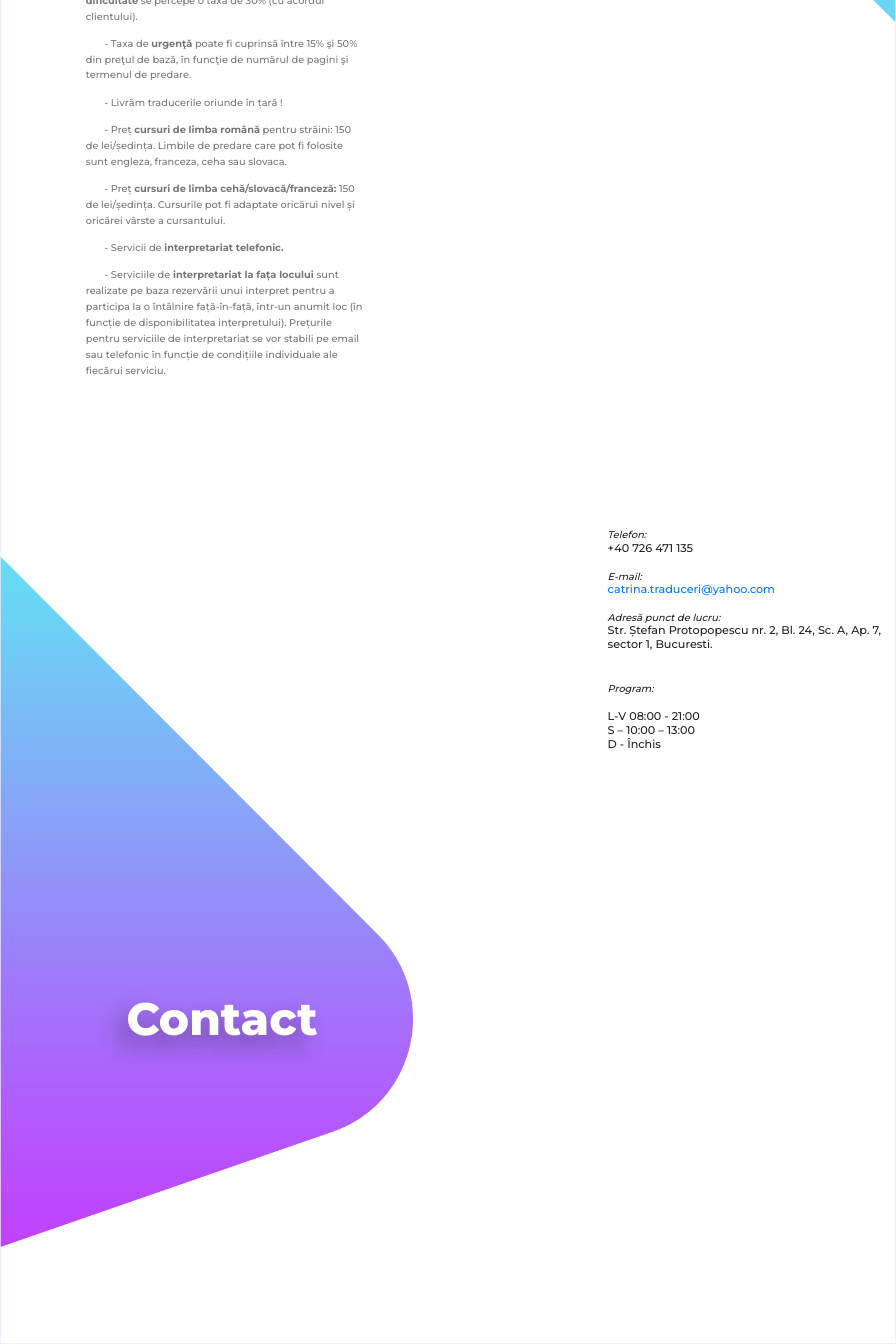
Repository: roscaImarius/site_traduceri
Page: index.html
An editor plug-in stored every save of this project. The page is shown before and after the next save, followed by the edit.
The browser window is 1280 px wide. The pictures show the part of the page from y = 4490 to 6410 px (the page is 6410 px tall), at 70% of full size.

Above is the page before, as saved 2022-03-22 03:43:39.

### index.html
<!DOCTYPE html>
<html lang="en" class="no-js">
  <head>
    <meta
      name="viewport"
      content="width=device-width, initial-scale=1, shrink-to-fit=no"
    />
    <meta name="author" content="CodePixar" />
    <meta name="description" content="" />
    <meta name="keywords" content="" />
    <meta charset="UTF-8" />

    <title>Traduceri</title>
     <link rel="shortcut icon" href="img/favicon.png">
    <link
      href="https://fonts.googleapis.com/css?family=Montserrat:500,600,700,800,900"
      rel="stylesheet"
    />
    <link
      href="https://fonts.googleapis.com/css?family=Open+Sans:400,600"
      rel="stylesheet"
    />
    <!-- ===========================================
		CSS Files
    ============================================= -->
    <link rel="stylesheet" href="css/font-awesome.min.css" />
    <link rel="stylesheet" href="css/bootstrap.css" />
    <link rel="stylesheet" href="css/main.css" />
  </head>

  <body class="version5" id="top">
    <div class="se-pre-con"></div>

    <!--================ Start Banner Area =================-->
    <section class="home-area" id="home">
      <div class="banner-area relative">
        <div class="container-fluid">
          <div class="row justify-content-center height align-items-center">
            <div class="col-lg-5 col-md-6 col-sm-12">
              <div class="banner-img">
                <img class="img-fluid" src="img/logo.svg" alt="" />
              </div>
            </div>
            <div class="col-lg-5 col-md-6 col-sm-12">
              <div class="banner-content text-right">
                <!-- <h4 class="mb-30 hello text-uppercase text-white">
                  Salut, noi suntem
                </h4> -->
                <h1 class="name">Catrina Traduceri</h1>
                <p class="mt-5 h6 pHome dark">
                  Ne numărăm printre foarte puținii traducători autorizați de
                  Ministerul Justiției din România pentru traduceri din limbile
                  slave, de nisă: cehă, slovacă și ucraineană.
                </p>
              </div>
            </div>
          </div>
        </div>
      </div>
    </section>
    <!--================Header Menu Area =================-->
    <header class="header_area" id="header5">
      <div class="main_menu">
        <nav class="navbar navbar-expand-lg">
          <div class="container-fluid">
            <!-- Brand and toggle get grouped for better mobile display -->
            <a class="navbar-brand logo_h" href="index.html"
              ><img class="logoo" src="img/logo.png" alt=""
            /></a>
            <button
              class="navbar-toggler"
              type="button"
              data-toggle="collapse"
              data-target="#navbarSupportedContent"
              aria-controls="navbarSupportedContent"
              aria-expanded="false"
              aria-label="Toggle navigation"
            >
              <i class="fas fa-bars"></i>
            </button>
            <!-- Collect the nav links, forms, and other content for toggling -->
            <div
              class="collapse navbar-collapse offset"
              id="navbarSupportedContent"
            >
              <ul class="nav navbar-nav menu_nav ml-auto nav5">
                <li class="nav-item active5">
                  <a class="nav-link" href="#home" >Acasă</a>
                </li>
                <li class="nav-item">
                  <a class="nav-link" href="#about" >Despre</a>
                </li>
                <li class="nav-item">
                  <a class="nav-link" href="#educatie"  >Referințe</a>
                </li>
                <li class="nav-item">
                  <a class="nav-link" href="#portfolio" >Prețuri</a>
                </li>
                <li class="nav-item" >
                  <a class="nav-link" href="#contact" >Contact</a>
                </li>
              </ul>

              <!-- SOCIAL MEDIA -->
              <ul class="nav navbar-nav social-icons">
                <li class="nav-item">
                  <a href="https://www.facebook.com/catrina.traduceri">
                    <i class="fab fa-facebook-f"></i>
                  </a>
                </li>
                <li class="nav-item">
                  <a
                    href="https://www.linkedin.com/in/ionut-catrina-405244178/"
                  >
                    <i class="fab fa-linkedin"></i>
                  </a>
                </li>

              </ul>
            </div>
          </div>
        </nav>
      </div>
    </header>

    <!--================ Start About Area =================-->
    <section class="about-area section-gap-top-5 relative" id="about">
      <div class="container-fluid">
        <div class="row row-reverse">
             <div class="megafon"></div>
          <div class="offset-lg-2 col-lg-4 col-md-12">
            <h2 class="heading mb-40">Lucrați cu profesioniști!</h2>
            <p>
              Întreprindere de familie cu capital 100% românesc si cu o
              experiență de peste
              <span style="font-weight: bold">13 ani</span> în domeniul
              traducerilor, activăm cu pasiune, profesionalism și
              responsabilitate și vă oferim traduceri
              <span style="font-weight: bold"> autorizate și legalizate</span>
              în principal din limbi
              <span style="font-weight: bold">slave</span>: cehă, slovacă și
              ucraineană, dar și din cele mai importante limbi de circulație
              internațională: engleza și franceza. <br />
            </p>
            <p>
              Suntem absolvenți ai uneia dintre cele mai bune facultăți a
              Universității din București,<span style="font-weight: bold">
                Facultatea de Limbi și Literaturi străine</span
              >, filologi specializați în domeniul traducerilor ca urmare a
              absolvirii Masteratului de Studii Culturale Slave și Traductologie
              și a numeroase burse de specializare în țările din a căror limbă
              traducem. <br/>
            </p>
              <p>
               Avem o colaborare de lungă durată, bazată pe
               <span style="font-weight: bold">
                profesionalism și seriozitate</span>, cu Birouri Notariale, Instanțe judecătorești, organe de
              urmărire penală, avocați.
              </p>
              <p>

                   Nu ezitați să ne contactați pentru o
                 cotație de preț pentru traduceri autorizate și legalizate din
                 aceste limbi. Lucrând în familie și între prieteni, vă putem
                 garanta prețuri corecte, care ajung într-o proporție echitabilă la
                 traducătorul care le realizează și care are cea mai importantă
                 contribuție la documentul final.
              </p>

            <p>
              Oferim și: <br />
              <span style="font-weight: bold">-cursuri de limbă română</span>
              pentru străini, <br />
              <span style="font-weight: bold"
                >-cursuri de limbă cehă sau limba slovacă</span
              >
              pentru orice nivel de limbă. <br />
            </p>
            <p>
              Ne putem adapta nevoilor Dvs. și vă putem ajuta cu
              <span style="font-weight: bold">training-uri</span> de limbă cehă
              sau slovacă pentru anumite domenii sau specializări.
            </p>
          </div>

          <div class="col-lg-6 p-0 col-md-12">
            <div class="right-side">
              <h2 class="text-white right-heading">Despre</h2>
            </div>
          </div>
        </div>
      </div>
    </section>

    <!--================ Start Experience Area =================-->
    <section class="experience-area relative" id="educatie">
      <div class="container-fluid">
        <div class="row">
          <div class="col-lg-6 p-0 col-md-12">
            <div class="left-side">
              <h2 class="text-white indented cv left-heading">Referințe</h2>
            </div>
          </div>

          <div class="xpDiv col-lg-4 md-mr col-md-12">
            <h2 class="heading mb-80">Clienții noștri</h2>
            <div class="resume-content">
                 <div class="referinteDrawing"></div>
              <div class="work-exp mb-50">
                  <p>Avem o colaborare de lungă durată, bazată pe
                     profesionalism cu:
                  </p>
                  <p> - Birouri Notariale     </p>
                  <p>- Tribunale</p>
                  <p> - Poliția Română</p>
                  <p>- Numeroase birouri de traduceri și firme din toată țara.</p>

                  <!-- În urma absolvirii unui curs specializat, am obținut
                  calificarea de trainer de limba română pentru străini.
                  Experiență în domeniul Proiectelor finanțate din fonduri
                  europene (POSDRU). In perioada 1.7.2010 - 1.11.2013 am ocupat
                  pozitia de Responsabil vizite de studiu – schimb de experiență
                  în cadrul unor proiecte transnaționale (între România și
                  Republica Cehă). -->

              </div>
            </div>
          </div>
        </div>
      </div>
    </section>

    <!--================ Start PRICE Area =================-->
    <section class="price-area section-gap-top-5 relative" id="portfolio">
      <div class="container-fluid">
        <div class="row row-reverse">
          <div class="divFaraPret offset-lg-2 col-lg-4 col-md-12">
               <div class="pretDrawing"></div>
            <h2 class="heading mb-40">Servicii și prețuri</h2>
            <h6 class="mb-4">
              La noi totul este  <span style="font-weight: bold">transparent, clar</span> și pe înțelesul oamenilor! Nu
              doar traducerile și cursurile ci și prețurile!
            </h6>
            <div class="boxPreturi">
              <p>
                Traducere tipizate
                <span style="font-weight: bold">CZ/SK-RO - 45 de lei/pag.</span>
              </p>
              <p>
                Traducere documente obișnuite
                <span style="font-weight: bold">CZ/SK-RO - 50 de lei/pag.</span>
              </p>
              <p>
                Traducere documente juridice/medicale/financiare
                <span style="font-weight: bold">CZ/SK-RO - minim 60 de lei/pag.</span>
              </p>
              <p>
                Retroversiune <span style="font-weight: bold"
                  >RO-CZ/SK - de la 65 de lei.</span
                >
              </p>
              <p><span style="font-weight: bold"
                  >EN/FR - CZ/SK – de la 65 de lei.</span</p>
            </div>
            <div class="preturiInfo">
                 <div class="borderPret">

                      <i><h4 class="mt-5"><b>!!</b></h4></i>
                      <ul style='text-indent: 20pt'>
                         <li>-   Prețurile sunt finale pentru 2000 caractere inclusiv spații/pagină.</li>
                         <li>-  <span> Reducerile</span> sunt negociabile, în funcţie de numărul de pagini şi de data limită, dar nu sunt mai mari de 10% pentru 50 de pagini, 5% pentru 25 de pagini.</li>
                         <li>-Fiecare comandă primeşte cotaţii individuale, în funcţie de solicitările clientului.</li>
                         <li>-  Valoarea minimă a comenzii: 1 pagină.</li>
                      <ul/><br>
                 </div>

                 <div class="servicii">
                         <br/>
                         <div class="serviciih5">

                              <h5 >Servicii</h5>
                         </div>
                         <br>
                         <p>- <span style="font-weight: bold">Corectura:</span>  50% din preturile de mai sus.</p>
                         <p class="">- Oferim <span style="font-weight: bold">servicii de legalizare</span>  la notar public pentru clienţii
                              care doresc traduceri legalizate, taxa percepută pentru acest serviciu fiind de 60 de
                              lei/document (include onorariul notarului).
                         </p>
                         <p>- Pentru traduceri care prezintă un grad ridicat de  <span style="font-weight: bold">dificultate</span>  se percepe
                              o taxă de 30% (cu acordul clientului). </p>
                              <p>- Taxa de <span style="font-weight: bold">urgenţă</span> poate fi cuprinsă între 15% şi 50% din preţul
                              de bază, în funcţie de numărul de pagini şi termenul de predare.
                              </p>
                      <p>

                         - Livrăm traducerile oriunde în țară !
                        </p>
                       <p>- Preț <span style="font-weight: bold">cursuri de limba română</span>  pentru străini: 150 de lei/ședința.
                         Limbile de predare care pot fi folosite sunt engleza, franceza, ceha sau slovaca.
                      </p>
                      <p>- Preț <span style="font-weight: bold">cursuri de limba cehă/slovacă/franceză:</span> 150 de lei/ședința.
                              Cursurile pot fi adaptate oricărui nivel și oricărei vârste a cursantului.
                      </p>
                              <p> - Servicii de <span style="font-weight: bold">interpretariat telefonic.</span>
                              </p>
                         <p> - Serviciile de <span style="font-weight: bold">interpretariat la fața locului </span> sunt realizate pe baza
                                   rezervării unui interpret pentru a participa la o întâlnire față-în-față,
                                   într-un anumit loc (în funcție de disponibilitatea interpretului).
                              Prețurile pentru serviciile de interpretariat se vor stabili pe email sau telefonic
                                   în funcție de condițiile individuale ale fiecărui serviciu.
                         </p>
                         </p>
                 </div>

            </div>
          </div>

          <div class="divPreturi col-lg-6 p-0 col-md-12">
            <div class="right-side">
              <h2 class="text-white right-heading">Prețuri</h2>
            </div>
          </div>
        </div>
      </div>
    </section>

    <!--================ Start CONTACT Area =================-->
    <section class="client-area relative" id="contact">
      <div class="container-fluid">
        <div class="row">
          <div class="col-lg-6 p-0 col-md-12">
            <div class="left-side">
              <h2 class="text-white left-heading">Contact</h2>
            </div>
          </div>

          <div class="contactDiv offset-lg-2 col-lg-4 col-md-12">





                         <div class="form-area text-left">
              <h6><i>Telefon:</i></h6>
              <h5>+40 726 471 135 <br /></h5>
              <br>
            </div>

            <div class="form-area text-left">
              <h6><i>E-mail:</i></h6>
              <h5>

                   <a href="mailto:catrina.traduceri@yahoo.com">catrina.traduceri@yahoo.com</a>
              </h5>
              <br>
            </div>

            <div class="form-area adresa text-left">
              <h6><i>Adresă punct de lucru:</i></h6>
              <h5>
              Str. Ștefan Protopopescu nr. 2, Bl. 24, Sc. A, Ap. 7, sector 1, Bucuresti.
              </h5>

              <br>
              <br>

              <h6><i>Program:</i></h6><br>
              <h5>L-V 08:00 - 21:00 </h5>
              <h5>S – 10:00 – 13:00</h5>
              <h5>D - Închis</h5>
            </div>





          </div>






        </div>
      </div>
    </section>

    <!--= Start Scroll to Top Area ########## -->
    <div id="back-top">
      <a title="Go to Top" href="#">
        <i class="fas fa-angle-up"></i>
      </a>
    </div>

    <script src="js/vendor/jquery-2.2.4.min.js"></script>
    <script src="js/popper.min.js"></script>
    <script src="js/vendor/bootstrap.min.js"></script>
    <!-- <script src="js/vendor/mail-script.js"></script> -->
    <script src="js/jquery.ajaxchimp.min.js"></script>
    <script src="js/counter-up.js"></script>
    <script src="js/isotope.pkgd.min.js"></script>
    <script src="js/waypoints.min.js"></script>
    <script src="js/main.js"></script>
  </body>
</html>

Loaded but not shown: css/font-awesome.min.css (library); css/bootstrap.css (library); js/vendor/jquery-2.2.4.min.js (library); js/popper.min.js (library); js/vendor/bootstrap.min.js (library); js/jquery.ajaxchimp.min.js (library); js/isotope.pkgd.min.js (library); js/waypoints.min.js (library); js/main.js (92 lines, source omitted); js/counter-up.js (8 lines, source omitted); css/main.css (1618 lines, source omitted)

After the next save:
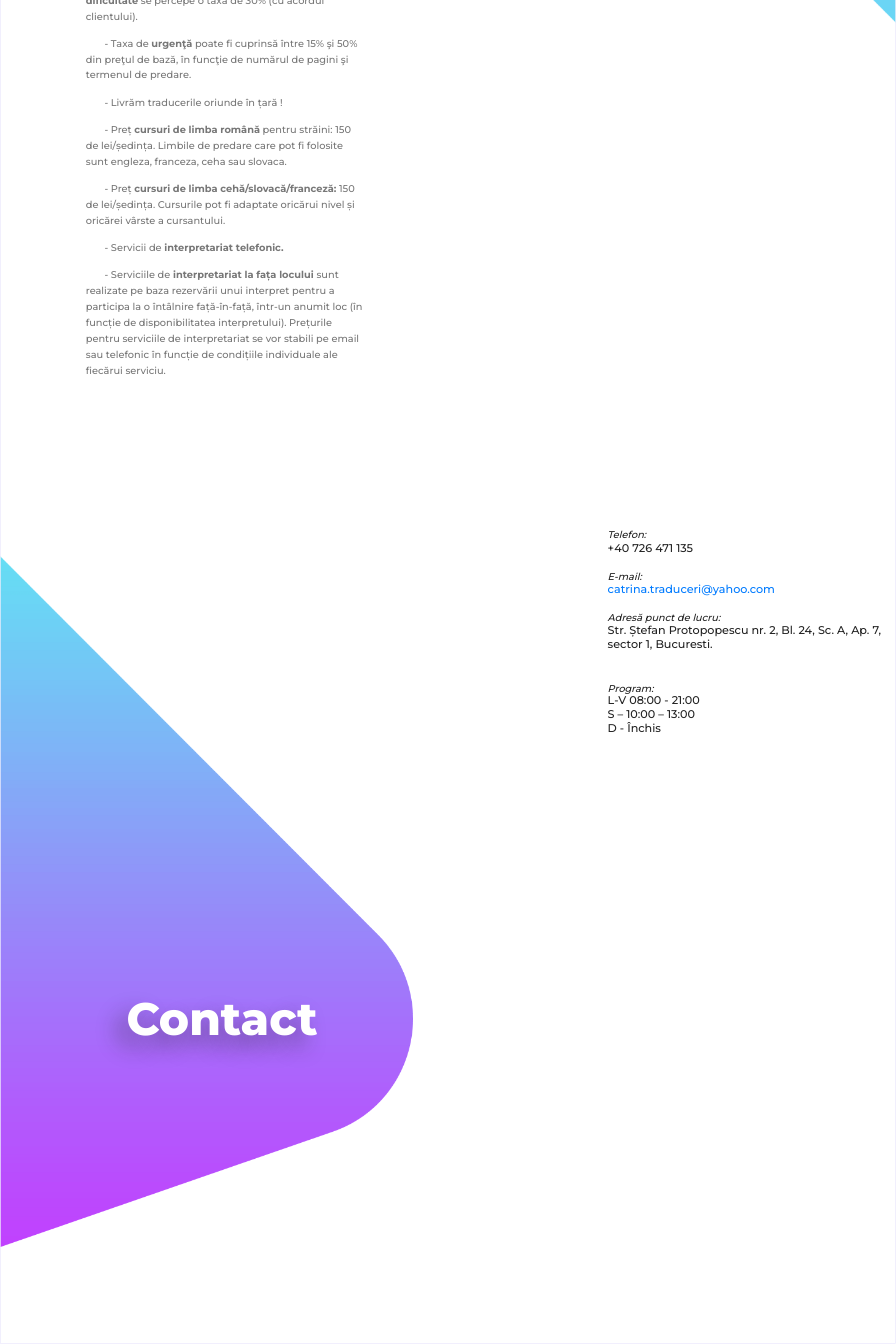
Saved 10 s later.
--- a/index.html
+++ b/index.html
@@ -364,7 +364,7 @@
               <br>
               <br>
 
-              <h6><i>Program:</i></h6><br>
+              <h6><i>Program:</i></h6>
               <h5>L-V 08:00 - 21:00 </h5>
               <h5>S – 10:00 – 13:00</h5>
               <h5>D - Închis</h5>
